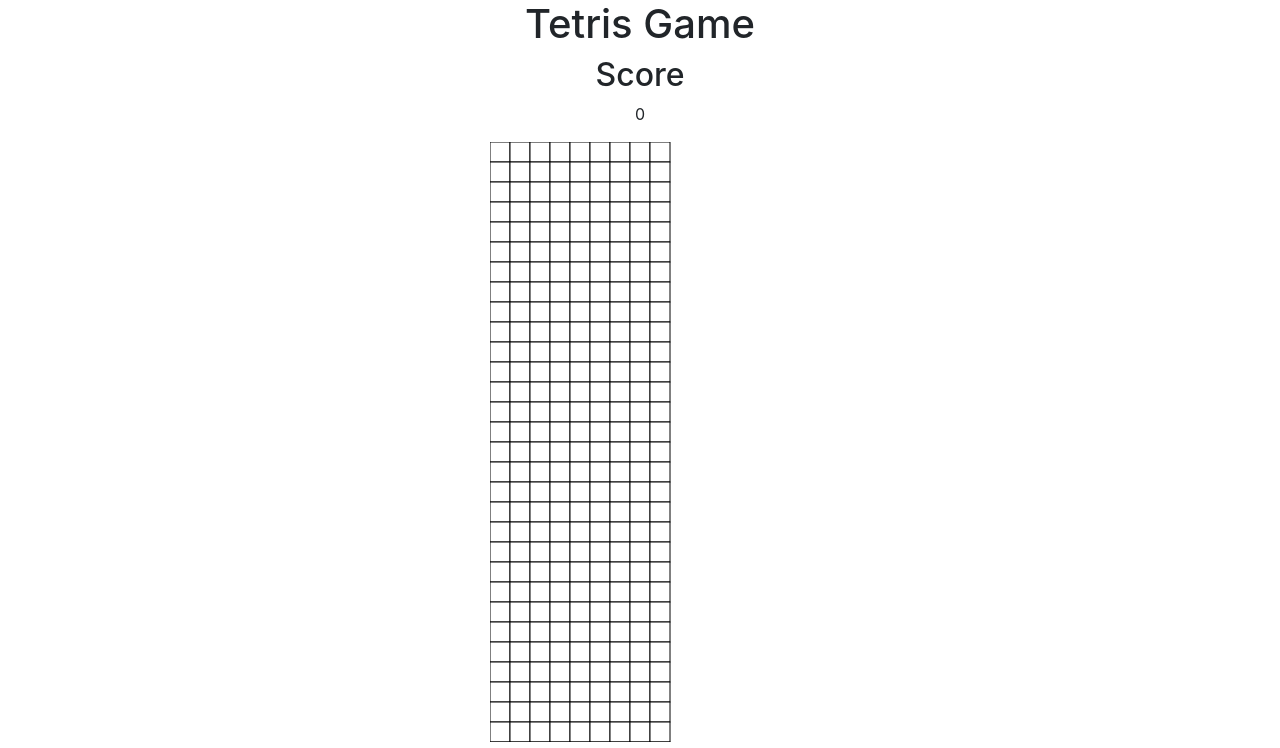
Repository: nlbien22/games
Page: Tetris/index.html
An editor plug-in stored every save of this project. The page is shown before and after a run of saves, followed by the edit.
The browser window is 1280 px wide. The pictures show the whole page.

Above is the page before, as saved 2024-11-14 22:05:24.
Console error: ReferenceError: PIECES is not defined

### Tetris/index.html
<!DOCTYPE html>
<html lang="en">
<head>
    <meta charset="UTF-8">
    <meta name="viewport" content="width=device-width, initial-scale=1.0">
    <title>Tetris</title>
    <!-- boóttap -->
    <link rel="stylesheet" href="https://stackpath.bootstrapcdn.com/bootstrap/4.5.2/css/bootstrap.min.css">
</head>
<body>
    <h1 class="text-center">Tetris Game</h1>
    <div class="score-box text-center">
        <h2>Score</h2>
        <p id="score">0</p>
    </div>
    <div class="game text-center">
        <canvas id="tetris" width="300" height="600">
        </canvas>
    </div>
    <script src="script.js"></script>
</body>
</html>

### Tetris/script.js
const canvas = document.getElementById('tetris');
const context = canvas.getContext('2d');

const ROW = 60;
const COL = 9;
const SQ = 20;
const COLOR = 'WHITE';
let board = [];

function drawSquare(x, y, color) {
    context.fillStyle = color;
    context.fillRect(x * SQ, y * SQ, SQ, SQ);
    context.strokeStyle = 'BLACK';
    context.lineWidth = 1;
    context.strokeRect(x * SQ, y * SQ, SQ, SQ);
}


for (let r = 0; r < ROW; r++) {
    board[r] = [];
    for (let c = 0; c < COL; c++) {
        board[r][c] = COLOR;
    }
}

function drawBoard() {
    for (let r = 0; r < ROW; r++) {
        for (let c = 0; c < COL; c++) {
            drawSquare(c, r, board[r][c]);
            // break;
        }
    }
}

drawBoard();

class Piece {
    constructor(tetri, color) {
        this.tetri = tetri;
        this.color = color;
        this.tetriN = 0;
        this.activeTetri = this.tetri[this.tetriN];
        this.x = 3;
        this.y = -2;
    }
}

Piece.prototype.fill = function (color) {
    for (let r = 0; r < this.activeTetri.length; r++) {
        for (let c = 0; c < this.activeTetri.length; c++) {
            if (this.activeTetri[r][c]) {
                drawSquare(this.x + c, this.y + r, color);
            }
        }
    }
}

Piece.prototype.draw = function () {
    this.fill(this.color);
}

Piece.prototype.unDraw = function () {
    this.fill(COLOR);
}

Piece.prototype.moveDown = function () {
    if (!this.collision(0, 1, this.activeTetri)) {
        this.unDraw();
        this.y++;
        this.draw();
    } else {
        this.lock();
        p = randomPiece();
    }
}

Piece.prototype.moveRight = function () {
    if (!this.collision(1, 0, this.activeTetri)) {
        this.unDraw();
        this.x++;
        this.draw();
    }
}

Piece.prototype.moveLeft = function () {
    if (!this.collision(-1, 0, this.activeTetri)) {
        this.unDraw();
        this.x--;
        this.draw();
    }
}

Piece.prototype.rotate = function () {
    let nextPattern = this.tetri[(this.tetriN + 1) % this.tetri.length];
    let kick = 0;

    if (this.collision(0, 0, nextPattern)) {
        if (this.x > COL / 2) {
            kick = -1;
        } else {
            kick = 1;
        }
    }

    if (!this.collision(kick, 0, nextPattern)) {
        this.unDraw();
        this.x += kick;
        this.tetriN = (this.tetriN + 1) % this.tetri.length;
        this.activeTetri = this.tetri[this.tetriN];
        this.draw();
    }
}

Piece.prototype.collision = function (x, y, piece) {
    for (let r = 0; r < piece.length; r++) {
        for (let c = 0; c < piece.length; c++) {
            if (!piece[r][c]) {
                continue;
            }

            let newX = this.x + c + x;
            let newY = this.y + r + y;

            if (newX < 0 || newX >= COL || newY >= ROW) {
                return true;
            }

            if (newY < 0) {
                continue;
            }

            if (board[newY][newX] !== COLOR) {
                return true;
            }
        }
    }
    return false;
}

Piece.prototype.lock = function () {
    for (let r = 0; r < this.activeTetri.length; r++) {
        for (let c = 0; c < this.activeTetri.length; c++) {
            if (!this.activeTetri[r][c]) {
                continue;
            }

            if (this.y + r < 0) {
                alert('Game Over');
                gameOver = true;
                break;
            }

            board[this.y + r][this.x + c] = this.color;
        }
    }
}

let p = randomPiece();

function randomPiece() {
    let r = Math.floor(Math.random() * PIECES.length);
    return new Piece(PIECES[r][0], PIECES[r][1]);
}

document.addEventListener('keydown', function (e) {
    if (e.keyCode === 37) {
        p.moveLeft();
        dropStart = Date.now();
    } else if (e.keyCode === 38) {
        p.rotate();
        dropStart = Date.now();
    } else if (e.keyCode === 39) {
        p.moveRight();
        dropStart = Date.now();
    } else if (e.keyCode === 40) {
        p.moveDown();
    }
});

let dropStart = Date.now();

let gameOver = false;

function drop() {

    let now = Date.now();
    let delta = now - dropStart;

    if (delta > 1000) {
        p.moveDown();
        dropStart = Date.now();
    }

    if (!gameOver) {
        requestAnimationFrame(drop);
    }
}

drop();

After the next 2 saves:
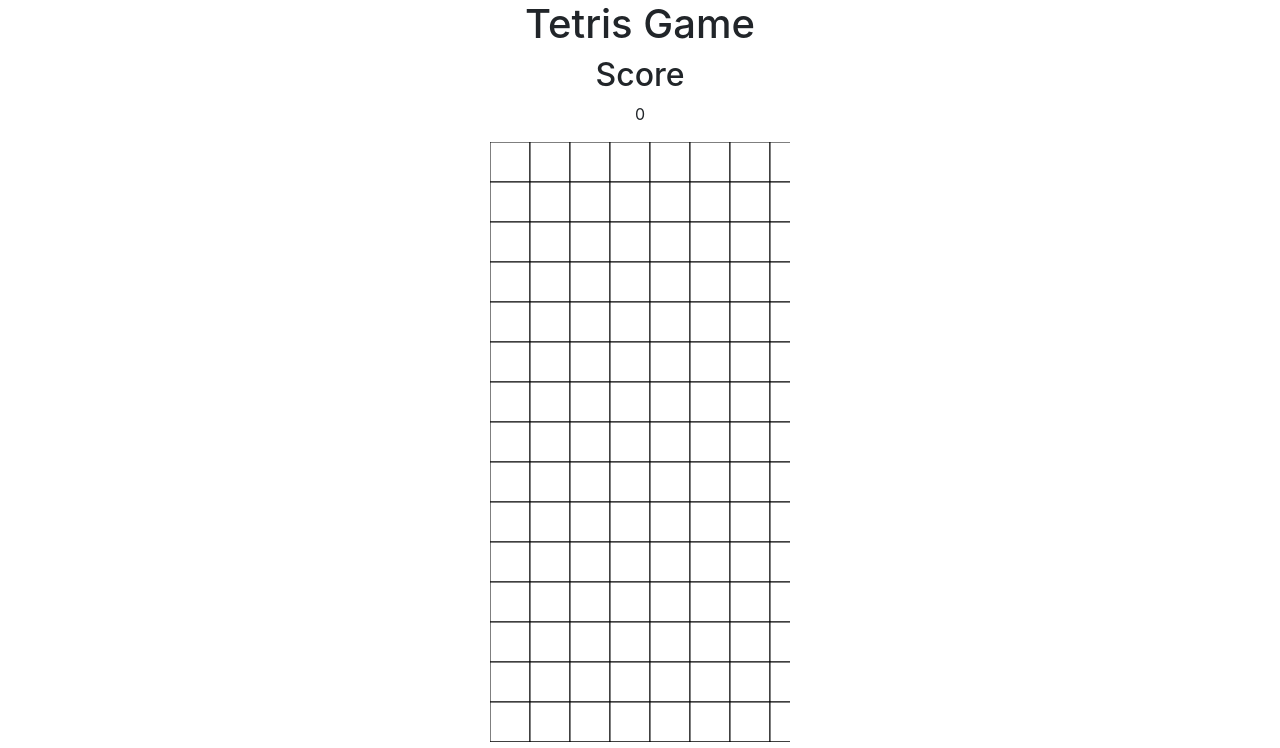
The 2 saves are shown as one change because they came seconds apart.
The last was saved 7 s later.
--- a/Tetris/script.js
+++ b/Tetris/script.js
@@ -3,7 +3,7 @@
 
 const ROW = 60;
 const COL = 9;
-const SQ = 20;
+const SQ = 40;
 const COLOR = 'WHITE';
 let board = [];
 
